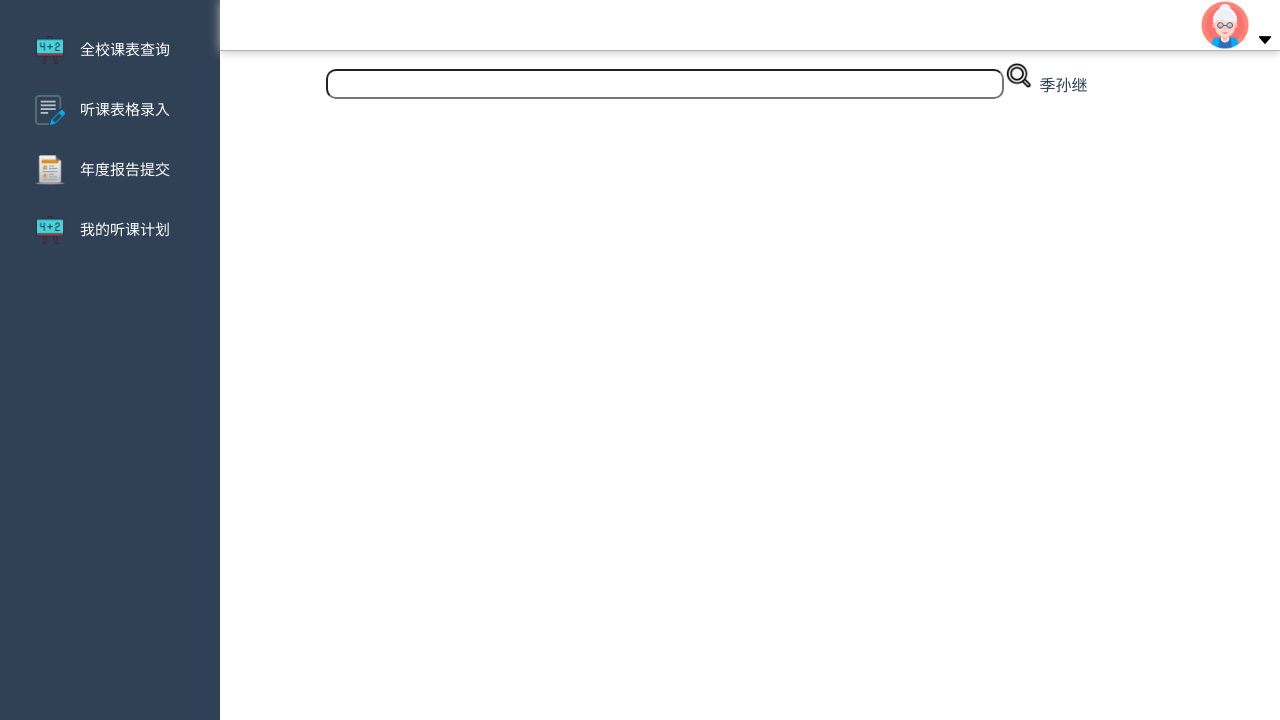
Repository: shandamengcheng/graduate-project
Page: /home
These files come from the project's save history. The page is drawn as it stood at one moment and after the next save; the edit follows.
The browser window is 1280 px wide. The pictures show the whole page.
The project was rebuilt for these pictures with package versions that can differ from the ones it lists, and the page was loaded fresh each time. Also part of the build but not shown: src/views/Login.vue.

Above is the page before, as saved 2021-03-14 13:19:36.

### src/App.vue
<template>
  <div id="app">
    <router-view/>
  </div>
</template>

<style>
* {
  margin: 0;
  padding: 0;
  -webkit-box-sizing: inherit;
  box-sizing: inherit;
}

#app, html, body{
  font-family: Avenir, Helvetica, Arial, sans-serif;
  -webkit-font-smoothing: antialiased;
  -moz-osx-font-smoothing: grayscale;
  text-align: center;
  color: #2c3e50;
  height: 100%;
  overflow: hidden;
}

</style>

### src/router/index.js
import Vue from 'vue'
import VueRouter from 'vue-router'
import Home from '../views/Home.vue'
import Login from '../views/Login.vue';
import Search from '../components/Search.vue';

Vue.use(VueRouter)

const routes = [
  {
    path: '/',
    name: 'Login',
    component: Login
  },
  {
    path: '/login',
    name: 'Login',
    component: Login
  },
  {
    path: '/home',
    name: Home,
    component: Home,
    children:[
      {
        path: '/',
        name: 'Search',
        component: Search,
      },
      {
        path: 'search',
        name: 'Search',
        component: Search,
      }
    ]
  }
]

const router = new VueRouter({
  mode: 'history',
  base: process.env.BASE_URL,
  routes
})

export default router

### src/views/Home.vue
<template>
  <div class="home">
    <SideBar />
    <div class="main">
      <NavigationBar />
      <router-view />
      <!-- <Search /> -->
    </div>
  </div>
</template>

<script>
// @ is an alias to /src
import Login from "@/views/Login";
import SideBar from "@/components/SideBar";
import NavigationBar from "@/components/NavigationBar";
import Search from "@/components/Search";

export default {
  name: "Home",
  components: {
    Login,
    SideBar,
    NavigationBar,
    Search,
  },
};
</script>

<style scoped>
.home {
  min-height: 100%;
  width: 100%;
  display: flex;
  flex-direction: row;
  /* background-color: #2d3a4b;
    color: white; */
  overflow: hidden;
}
.main {
  width: calc(100% - 220px);
  min-width: 600px;
}
</style>

### src/components/Search.vue
<template>
  <div class="search">
    <input type="search" />
    <img src="@/assets/search.png" >
    <span>季孙继</span>
  </div>
</template>

<script>
export default {
  name: "Search",
};
</script>

<style scoped>
.search {
  width: 80%;
  margin: auto;
  height: 30px;
  margin-top: 10px;
  text-align: left;
  /* font-size: 0; */
}
.search input {
  display: inline-block;
  width: 80%;
  height: 30px;
  line-height: 30px;
  /* margin: auto; */
  border-radius: 10px;
  outline: none;
  font-size: 20px;
  padding: 0 5px;
  box-sizing: border-box;
  /* vertical-align: baseline; */
}
.search img {
  display: inline-block;
  width: 30px;
  height: 30px;
  margin-right: 5px;
}

.search span {
  display: inline-block;
  width: 80px;
  height: 30px;
  vertical-align: middle;
}
</style>

### src/components/SideBar.vue
<template>
  <div class="sidebar">
    <SideBarItem>
      <img src="@/assets/class.png">
      <div>全校课表查询</div>
    </SideBarItem>
    <SideBarItem>
      <img src="@/assets/sheet.png">
      <div>听课表格录入</div>
    </SideBarItem>
    <SideBarItem>
      <img src="@/assets/report.png">
      <div>年度报告提交</div>
    </SideBarItem>
     <SideBarItem>
      <img src="@/assets/class.png">
      <div>我的听课计划</div>
    </SideBarItem>
  </div>
</template>

<script>
import SideBarItem from "@/components/SideBarItem";

export default {
  name: "SideBar",
  components: {
    SideBarItem,
  },

}
</script>

<style scoped>
.sidebar {
  width: 220px;
  min-width: 220px;
  height: 100vh;
  background: #304156;
  color: white;
  font-size: 15px;
  text-align: center;
  display: flex;
  flex-direction: column;
  padding-top: 20px;
}
</style>

### src/components/NavigationBar.vue
<template>
  <div class="navbar">
    <img src="@/assets/avatar.png" class="avatar-img" />
    <img src="@/assets/arrow.png" class="avatar-submenu" @click="toggleMenu"/>
    <ul class="avatar-menu" v-if="showMenu" @click="toggleMenu">
      <li class="home" @click="navigateToPage('home')">Home</li>
      <li @click="navigateToPage('login')">Log Out</li>
    </ul>
  </div>
</template>

<script>
export default {
  name: "NavigationBar",
  data() {
    return {
      showMenu: false,
    }
  },
  methods: {
    toggleMenu: function() {
      this.showMenu = !this.showMenu;
    },
    navigateToPage: function(path) {
      if (location.pathname == `/${path}`) return;
      this.$router.push(`/${path}`);
    }
  }
};
</script>

<style scoped>
.navbar {
  width: 100%;
  height: 50px;
  display: flex;
  position: relative;
  justify-content: flex-end;
  border-bottom: 0.5px solid rgb(180, 178, 178);
  box-shadow: 0px 0px 10px rgb(180, 178, 178);
}
.navbar img {
  display: inline-block;
  height: 100%;
  width: 50px;
  border-radius: 10px;
}
.navbar .avatar-submenu {
  width: 20px;
  height: 20px;
  margin: 30px 5px 0px 5px;
}
.avatar-menu {
  position: absolute;
  top: 60px;
  right: 5px;
  width: 90px;
  border: 0.5px solid rgba(180, 178, 178, 0.5);
  list-style-type: none;
  padding: 0;
  border-radius: 10px;
}
.avatar-menu li {
  height: 50px;
  line-height: 50px;
  cursor: pointer;
}
.home {
  border-bottom: 0.5px solid rgba(180, 178, 178, 0.5);
}
</style>

### src/components/SideBarItem.vue
<template>
  <div class="sidebar-item" @click="showSearchView">
    <slot>默认列表项</slot>
  </div>
</template>

<script>
export default {
  name: "SideBarItem",
  methods: {
    showSearchView: function() {
      this.$router.push('/home/search');
    }
  }
}
</script>

<style scoped>
.sidebar-item {
  height: 60px;
  padding: 0 10px;
  line-height: 60px;
  border: none;
  outline: none;
  cursor: pointer;
  display: flex;
  justify-content: center;
}
.sidebar-item img {
  /* display: inline-block; */
  align-self: center;
  height: 50%;
  vertical-align: middle;
  width: 15%;
  /* margin-right: 5px; */
}
.sidebar-item div {
  width: 60%;
  /* display: inline-block; */
}
</style>

Loaded but not shown: public/index.html (common file); src/main.js (common file); src/store/index.js (common file)

After the next save:
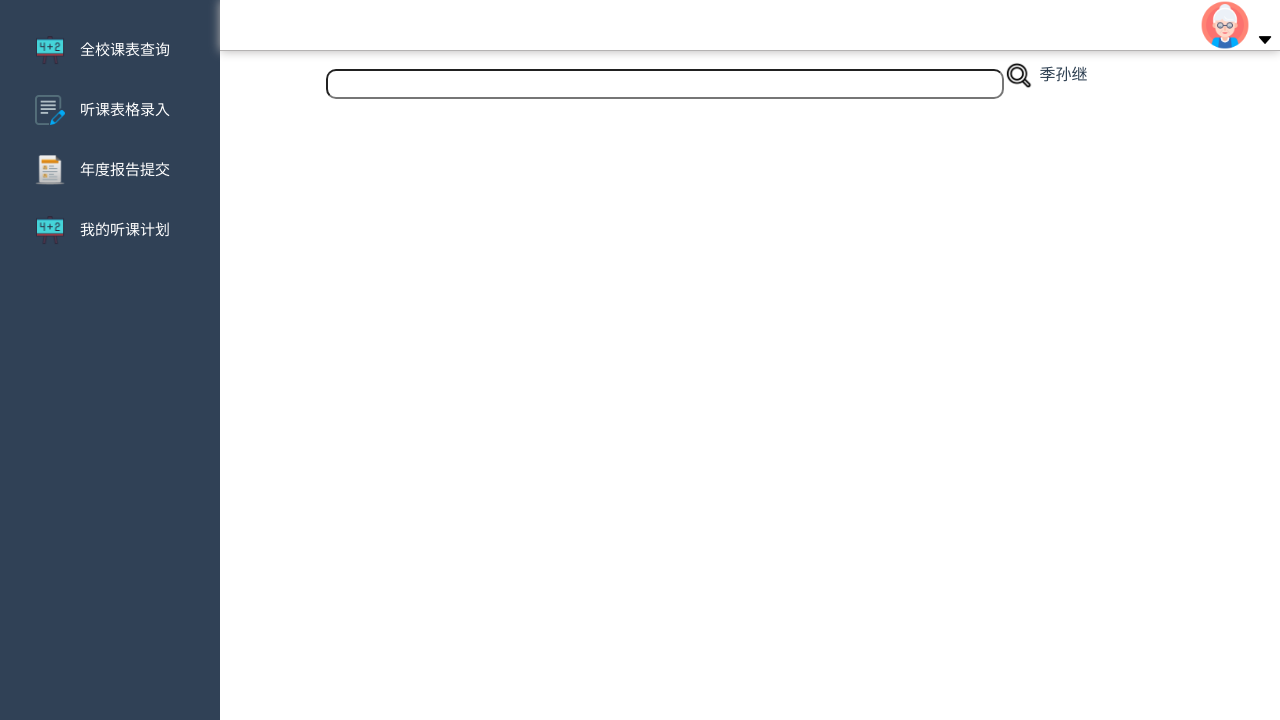
Saved 14 s later.
--- a/src/components/Search.vue
+++ b/src/components/Search.vue
@@ -45,6 +45,6 @@ export default {
   display: inline-block;
   width: 80px;
   height: 30px;
-  vertical-align: middle;
+  vertical-align: top;
 }
 </style>
